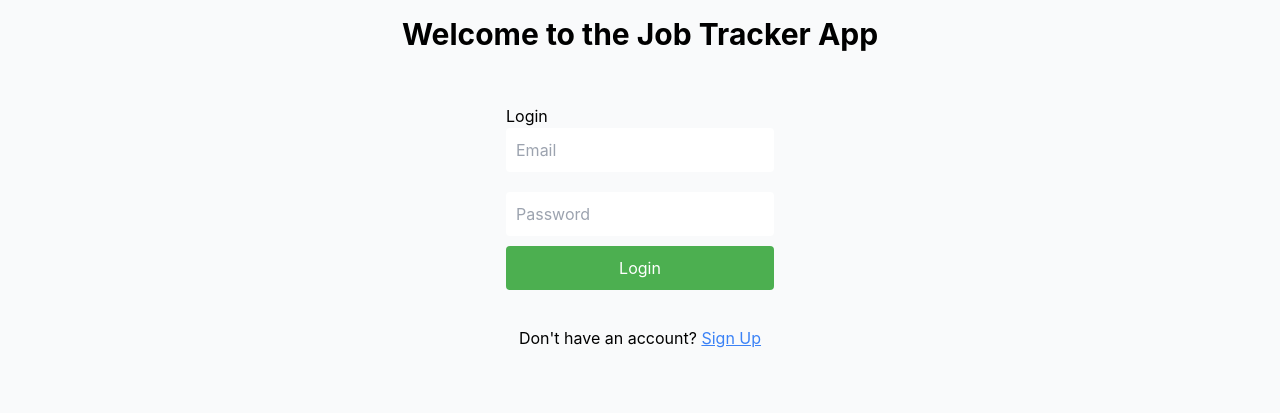
Repository: GowrishankarSMenon/jobTracker
Page: /login (app in job-tracker/client/)
The author's editor kept a copy of each file at every save. The page is drawn from the files as they stood at one save, then again after the next save.
The browser window is 1280 px wide. The pictures show the whole page.
Some web libraries are served in a nearby version. The project was rebuilt for these pictures with package versions that can differ from the ones it lists, and the page was loaded fresh each time. Also part of the build but not shown: job-tracker/client/src/pages/Signup.js.

Above is the page before, as saved 2024-12-28 15:33:46.

### job-tracker/client/src/index.js
import React from 'react';
import ReactDOM from 'react-dom/client';
import './index.css';
import App from './App';
import reportWebVitals from './reportWebVitals';
import {BrowserRouter} from 'react-router-dom';

const root = ReactDOM.createRoot(document.getElementById('root'));
root.render(
  <BrowserRouter>
  <React.StrictMode>
    <App />
  </React.StrictMode>
  </BrowserRouter>
);

// If you want to start measuring performance in your app, pass a function
// to log results (for example: reportWebVitals(console.log))
// or send to an analytics endpoint. Learn more: https://bit.ly/CRA-vitals
reportWebVitals();

### job-tracker/client/src/App.js
import React, { useState, useEffect } from 'react';
import { useAuth0 } from '@auth0/auth0-react';
import Login from './pages/Login';
import Signup from './pages/Signup';

const Home = ({ user, setUser, setToken }) => {
  const [view, setView] = useState('login'); // Tracks current view: 'login', 'signup', or 'home'
  const { logout } = useAuth0();

  useEffect(() => {
    const token = localStorage.getItem('authToken');
    if (token && !user) {
      setUser({ name: 'John Doe', email: 'john@example.com', picture: '/path-to-avatar' });
      setView('home');
    }
  }, [user, setUser]);

  const handleLogout = () => {
    setUser(null);
    setToken(null);
    localStorage.removeItem('authToken');
    logout({ returnTo: window.location.origin });
    setView('login');
  };

  const renderContent = () => {
    if (view === 'home' && user) {
      return (
        <div className="flex flex-col items-center">
          <p className="text-xl font-semibold">Welcome, {user.name}!</p>
          <img src={user.picture} alt="User Avatar" className="w-24 h-24 rounded-full my-4" />
          <p>Email: {user.email}</p>
          <button
            className="mt-4 px-4 py-2 bg-red-500 text-white rounded hover:bg-red-600"
            onClick={handleLogout}
          >
            Logout
          </button>
        </div>
      );
    }

    if (view === 'login') {
      return (
        <div className="max-w-sm mx-auto">
          <Login setUser={setUser} setToken={setToken} />
          <p className="text-center mt-4">
            Don't have an account?{' '}
            <button
              className="text-blue-500 underline"
              onClick={() => setView('signup')}
            >
              Sign Up
            </button>
          </p>
        </div>
      );
    }

    return (
      <div className="max-w-sm mx-auto">
        <Signup setUser={setUser} setToken={setToken} />
        <p className="text-center mt-4">
          Already have an account?{' '}
          <button
            className="text-blue-500 underline"
            onClick={() => setView('login')}
          >
            Log In
          </button>
        </p>
      </div>
    );
  };

  return (
    <div className="flex flex-col items-center min-h-screen bg-gray-50 p-4">
      <h1 className="text-3xl font-bold mb-8">Welcome to the Job Tracker App</h1>
      {renderContent()}
    </div>
  );
};

export default Home;

### job-tracker/client/src/pages/Login.js
import React, { useState } from 'react';
import axios from 'axios';
import { useNavigate } from 'react-router-dom'; // Import useNavigate for navigation

const Login = ({ setUser, setToken }) => {
  const [email, setEmail] = useState('');
  const [password, setPassword] = useState('');
  const [loading, setLoading] = useState(false);
  const [errorMessage, setErrorMessage] = useState('');
  const navigate = useNavigate(); // Initialize useNavigate for redirection

  const handleSubmit = async (e) => {
    e.preventDefault();
    setLoading(true);
    setErrorMessage('');

    try {
      const response = await axios.post('http://localhost:5000/api/auth/login', { email, password });

      // Save user and token in state
      setToken(response.data.token);
      setUser(response.data.user);

      // Store token in localStorage
      localStorage.setItem('authToken', response.data.token);

      // Redirect to /home after successful login
      navigate('/home');
    } catch (error) {
      console.error('Login error:', error);

      // Set error message based on response or generic fallback
      if (error.response && error.response.data && error.response.data.message) {
        setErrorMessage(error.response.data.message);
      } else {
        setErrorMessage('An unexpected error occurred. Please try again later.');
      }
    } finally {
      setLoading(false);
    }
  };

  return (
    <div style={{ maxWidth: '400px', margin: '0 auto', padding: '20px' }}>
      <h2>Login</h2>
      {errorMessage && <div style={{ color: 'red', marginBottom: '10px' }}>{errorMessage}</div>}
      <form onSubmit={handleSubmit}>
        <div style={{ marginBottom: '10px' }}>
          <input
            type="email"
            placeholder="Email"
            value={email}
            onChange={(e) => setEmail(e.target.value)}
            required
            style={{ width: '100%', padding: '10px', marginBottom: '10px', borderRadius: '4px' }}
          />
        </div>
        <div style={{ marginBottom: '10px' }}>
          <input
            type="password"
            placeholder="Password"
            value={password}
            onChange={(e) => setPassword(e.target.value)}
            required
            style={{ width: '100%', padding: '10px', borderRadius: '4px' }}
          />
        </div>
        <button
          type="submit"
          disabled={loading}
          style={{
            width: '100%',
            padding: '10px',
            backgroundColor: loading ? '#ccc' : '#4CAF50',
            color: 'white',
            borderRadius: '4px',
            cursor: loading ? 'not-allowed' : 'pointer',
          }}
        >
          {loading ? 'Logging In...' : 'Login'}
        </button>
      </form>
    </div>
  );
};

export default Login;

Loaded but not shown: job-tracker/client/public/index.html (common file); job-tracker/client/src/index.css (common file); job-tracker/client/src/reportWebVitals.js (common file)

After the next save:
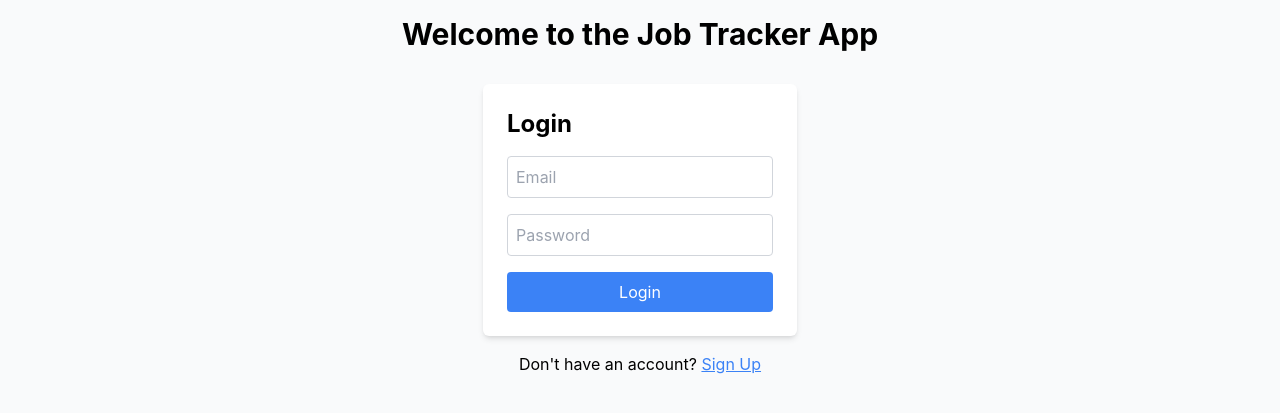
Saved 13 s later.
--- a/job-tracker/client/src/pages/Login.js
+++ b/job-tracker/client/src/pages/Login.js
@@ -1,13 +1,13 @@
 import React, { useState } from 'react';
 import axios from 'axios';
-import { useNavigate } from 'react-router-dom'; // Import useNavigate for navigation
+import { useNavigate } from 'react-router-dom';
 
 const Login = ({ setUser, setToken }) => {
   const [email, setEmail] = useState('');
   const [password, setPassword] = useState('');
   const [loading, setLoading] = useState(false);
   const [errorMessage, setErrorMessage] = useState('');
-  const navigate = useNavigate(); // Initialize useNavigate for redirection
+  const navigate = useNavigate();
 
   const handleSubmit = async (e) => {
     e.preventDefault();
@@ -16,66 +16,44 @@ const Login = ({ setUser, setToken }) => {
 
     try {
       const response = await axios.post('http://localhost:5000/api/auth/login', { email, password });
-
-      // Save user and token in state
       setToken(response.data.token);
       setUser(response.data.user);
-
-      // Store token in localStorage
       localStorage.setItem('authToken', response.data.token);
-
-      // Redirect to /home after successful login
       navigate('/home');
     } catch (error) {
-      console.error('Login error:', error);
-
-      // Set error message based on response or generic fallback
-      if (error.response && error.response.data && error.response.data.message) {
-        setErrorMessage(error.response.data.message);
-      } else {
-        setErrorMessage('An unexpected error occurred. Please try again later.');
-      }
+      setErrorMessage(error.response?.data?.message || 'An unexpected error occurred.');
     } finally {
       setLoading(false);
     }
   };
 
   return (
-    <div style={{ maxWidth: '400px', margin: '0 auto', padding: '20px' }}>
-      <h2>Login</h2>
-      {errorMessage && <div style={{ color: 'red', marginBottom: '10px' }}>{errorMessage}</div>}
+    <div className="bg-white p-6 shadow-md rounded-md w-full max-w-md">
+      <h2 className="text-2xl font-bold mb-4">Login</h2>
+      {errorMessage && <div className="text-red-500 mb-4">{errorMessage}</div>}
       <form onSubmit={handleSubmit}>
-        <div style={{ marginBottom: '10px' }}>
-          <input
-            type="email"
-            placeholder="Email"
-            value={email}
-            onChange={(e) => setEmail(e.target.value)}
-            required
-            style={{ width: '100%', padding: '10px', marginBottom: '10px', borderRadius: '4px' }}
-          />
-        </div>
-        <div style={{ marginBottom: '10px' }}>
-          <input
-            type="password"
-            placeholder="Password"
-            value={password}
-            onChange={(e) => setPassword(e.target.value)}
-            required
-            style={{ width: '100%', padding: '10px', borderRadius: '4px' }}
-          />
-        </div>
+        <input
+          type="email"
+          placeholder="Email"
+          value={email}
+          onChange={(e) => setEmail(e.target.value)}
+          className="block w-full p-2 border border-gray-300 rounded mb-4"
+          required
+        />
+        <input
+          type="password"
+          placeholder="Password"
+          value={password}
+          onChange={(e) => setPassword(e.target.value)}
+          className="block w-full p-2 border border-gray-300 rounded mb-4"
+          required
+        />
         <button
           type="submit"
           disabled={loading}
-          style={{
-            width: '100%',
-            padding: '10px',
-            backgroundColor: loading ? '#ccc' : '#4CAF50',
-            color: 'white',
-            borderRadius: '4px',
-            cursor: loading ? 'not-allowed' : 'pointer',
-          }}
+          className={`w-full p-2 rounded text-white ${
+            loading ? 'bg-gray-500 cursor-not-allowed' : 'bg-blue-500 hover:bg-blue-600'
+          }`}
         >
           {loading ? 'Logging In...' : 'Login'}
         </button>
